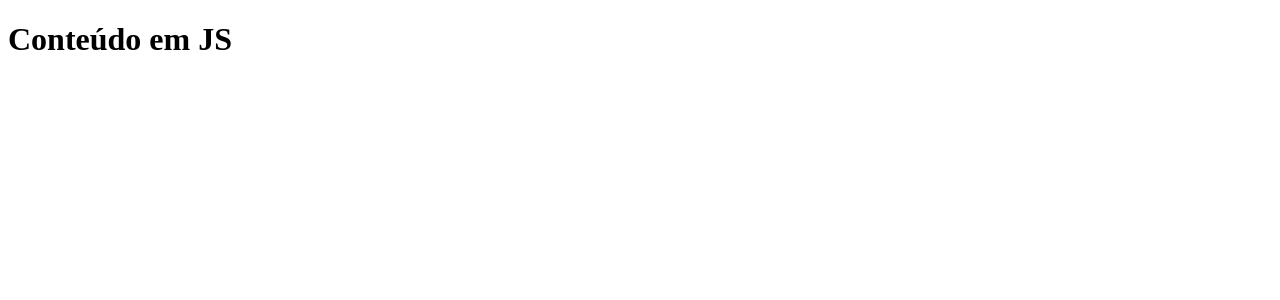
Repository: rvlyra/js-error-pattern
Page: index.html
An editor plug-in stored every save of this project. The page is shown before and after the next save, followed by the edit.
The browser window is 1280 px wide. The pictures show the whole page.

Above is the page before, as saved 2022-06-12 11:39:22.

### index.html
<!DOCTYPE html>
<html lang="en">
<head>
    <meta charset="UTF-8">
    <meta http-equiv="X-UA-Compatible" content="IE=edge">
    <meta name="viewport" content="width=device-width, initial-scale=1.0">
    <title>Erros Comuns em Javascript</title>
</head>
<body>

    <h1>a</h1>

    <script>
        // Javascript Error Test | The correction of a few errors

            let pagContent = document.querySelector('h1');
            pagContent.textContent = 'Conteúdo em JS';



    </script>

</body>
</html>

After the next save:
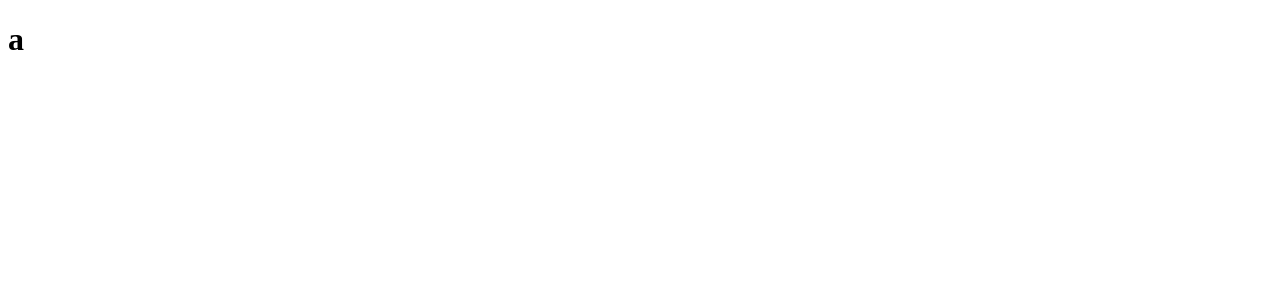
Console error: SyntaxError: Unexpected token '<'
Saved 4 s later.
--- a/index.html
+++ b/index.html
@@ -16,7 +16,7 @@
             let pagContent = document.querySelector('h1');
             pagContent.textContent = 'Conteúdo em JS';
 
-
+            <script src=""></script>
 
     </script>
 

After the save that followed:
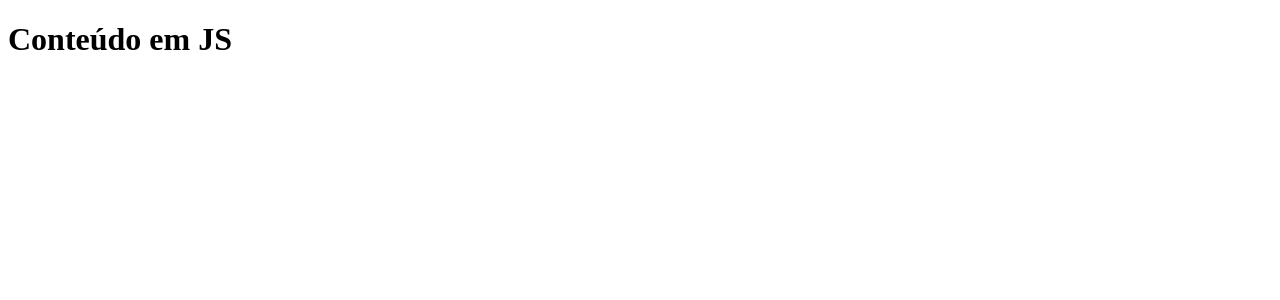
The error is gone.
Saved 6 s later.
--- a/index.html
+++ b/index.html
@@ -16,7 +16,7 @@
             let pagContent = document.querySelector('h1');
             pagContent.textContent = 'Conteúdo em JS';
 
-            <script src=""></script>
+
 
     </script>
 
